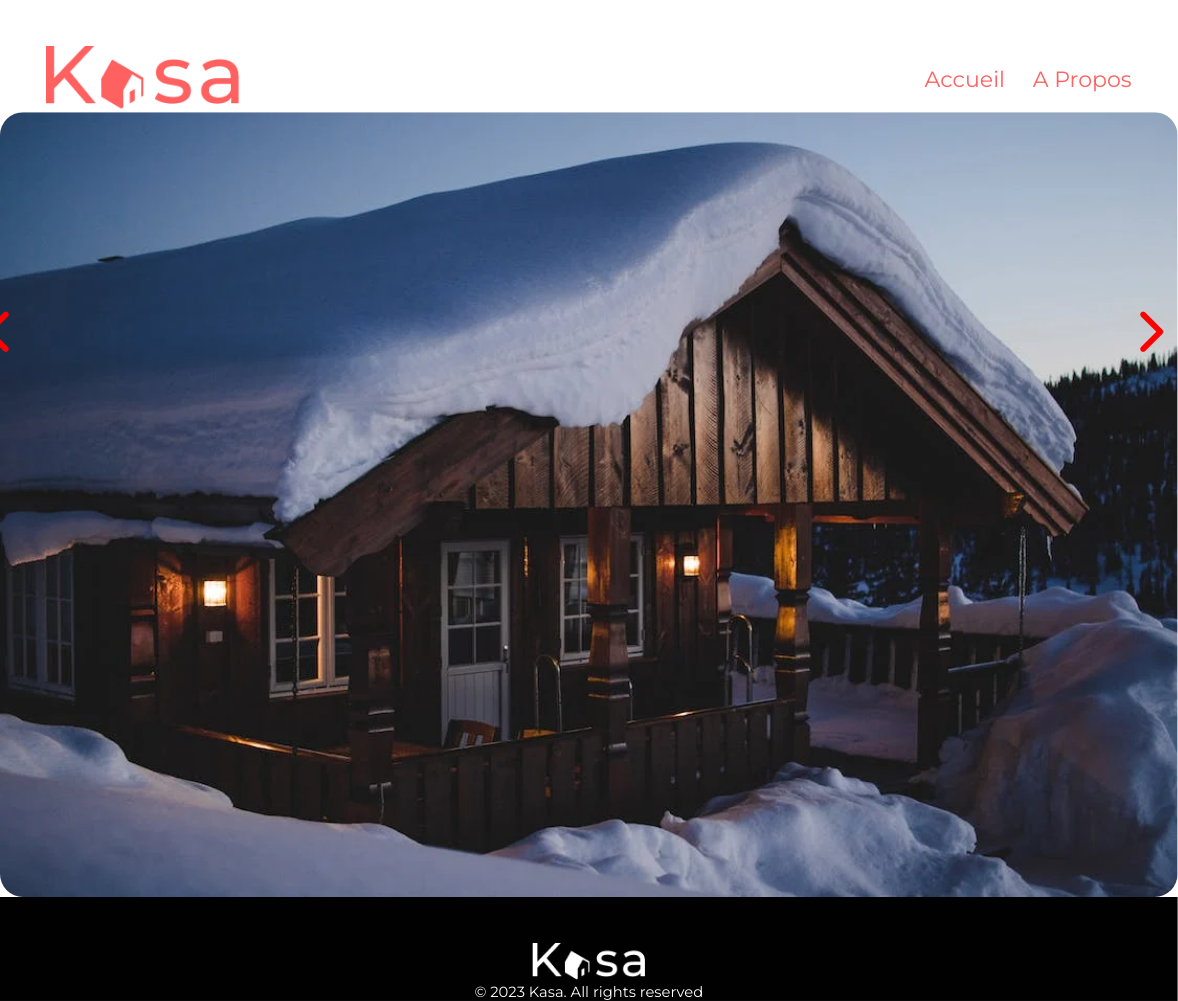
Repository: Ascaris29/Kasa_oc
Page: /essai (app in kasa_project/)
These files come from the project's save history. The page is drawn as it stood at one moment and after the next save; the edit follows.
The browser window is 1280 px wide. The pictures show the whole page, at 92% of full size.
Some web libraries are served in a nearby version. The project was rebuilt for these pictures with package versions that can differ from the ones it lists, and the page was loaded fresh each time. Also part of the build but not shown: kasa_project/src/pages/homepage/Homepage.module.scss, kasa_project/src/pages/homepage/components/CardLogement.module.scss, kasa_project/src/pages/homepage/components/CardLogement.js, kasa_project/src/pages/homepage/Homepage.js, kasa_project/src/pages/404/404.module.scss, kasa_project/src/pages/404/404.js, kasa_project/src/pages/a_propos/APropos.module.scss, kasa_project/src/pages/a_propos/components/CardDescription.module.scss and 6 more.

Above is the page before, as saved 2023-03-16 16:26:34.

After the next save:
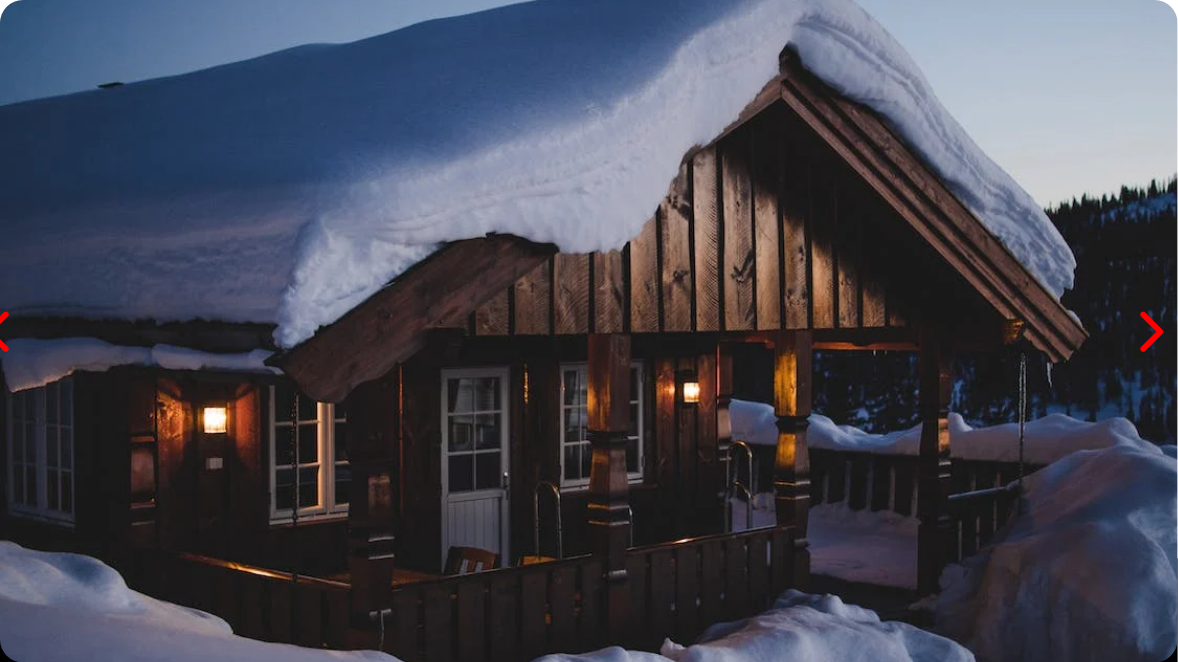
Saved 4 s later.
--- a/kasa_project/src/pages/logement/components/caroussel/Caroussel.module.scss
+++ b/kasa_project/src/pages/logement/components/caroussel/Caroussel.module.scss
@@ -5,7 +5,7 @@
         object-fit:cover;
         display:block;
         border-radius:var(--radius);
-        position:ab
+        position:absolute;
     }
     .chevronLeft{
         position:absolute;
